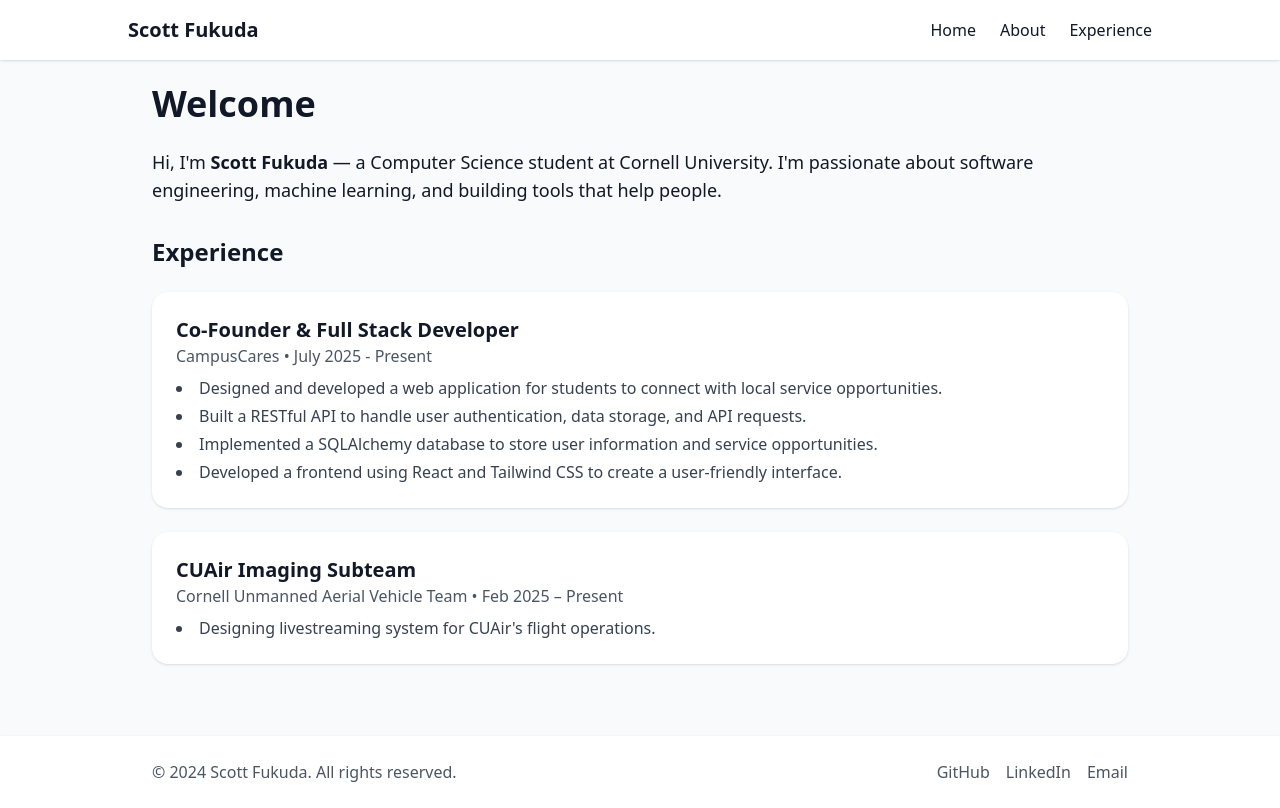
Repository: Scott-Fukuda/personalWebsite
Page: /
An editor plug-in stored every save of this project. The page is shown before and after the next save, followed by the edit.
The browser window is 1280 px wide. The pictures show the whole page.
The project was rebuilt for these pictures with package versions that can differ from the ones it lists, and the page was loaded fresh each time. Also part of the build but not shown: vite.config.js, src/pages/About.jsx.

Above is the page before, as saved 2025-08-27 17:17:30.

### index.html
<!doctype html>
<html lang="en">
  <head>
    <meta charset="UTF-8" />
    <link rel="icon" type="image/svg+xml" href="/vite.svg" />
    <meta name="viewport" content="width=device-width, initial-scale=1.0" />
    <title>Scott Fukuda - Personal Website</title>
  </head>
  <body>
    <div id="root"></div>
    <script type="module" src="/src/main.jsx"></script>
  </body>
</html>

### src/App.jsx
import { BrowserRouter as Router, Routes, Route } from "react-router-dom";
import Navbar from "./components/Navbar";
import Footer from "./components/Footer";
import Home from "./pages/Home";
import About from "./pages/About";

export default function App() {
  return (
    <Router>
      <div className="min-h-screen bg-gray-50 dark:bg-gray-900 text-gray-900 dark:text-gray-100">
        <Navbar />
        <Routes>
          <Route path="/" element={<Home />} />
          <Route path="/about" element={<About />} />
        </Routes>
        <Footer />
      </div>
    </Router>
  );
}

### src/index.css
@tailwind base;
@tailwind components;
@tailwind utilities;

/* Basic reset and global styles */
* {
  margin: 0;
  padding: 0;
  box-sizing: border-box;
}

body {
  font-family: system-ui, -apple-system, BlinkMacSystemFont, 'Segoe UI', Roboto, sans-serif;
  -webkit-font-smoothing: antialiased;
  -moz-osx-font-smoothing: grayscale;
}

### src/components/Navbar.jsx
import { Link } from "react-router-dom";

export default function Navbar() {
  return (
    <nav className="bg-white dark:bg-gray-800 shadow p-4 sticky top-0 z-50">
      <div className="max-w-5xl mx-auto flex justify-between items-center">
        <h1 className="text-xl font-bold">Scott Fukuda</h1>
        <div className="flex gap-6">
          <Link to="/" className="hover:text-blue-500">Home</Link>
          <Link to="/about" className="hover:text-blue-500">About</Link>
          <Link to="/experience" className="hover:text-blue-500">Experience</Link>
        </div>
      </div>
    </nav>
  );
}

### src/components/Footer.jsx
export default function Footer() {
  return (
    <footer className="bg-white dark:bg-gray-800 shadow mt-12">
      <div className="max-w-5xl mx-auto p-6">
        <div className="flex flex-col md:flex-row justify-between items-center">
          <div className="text-gray-600 dark:text-gray-300">
            © 2024 Scott Fukuda. All rights reserved.
          </div>
          <div className="flex gap-4 mt-4 md:mt-0">
            <a
              href="https://github.com/Scott-Fukuda"
              target="_blank"
              rel="noopener noreferrer"
              className="text-gray-600 dark:text-gray-300 hover:text-blue-500"
            >
              GitHub
            </a>
            <a
              href="https://linkedin.com/in/scott-fukuda-3923172ab/"
              target="_blank"
              rel="noopener noreferrer"
              className="text-gray-600 dark:text-gray-300 hover:text-blue-500"
            >
              LinkedIn
            </a>
            <a
              href="mailto:your.email@example.com"
              className="text-gray-600 dark:text-gray-300 hover:text-blue-500"
            >
              Email
            </a>
          </div>
        </div>
      </div>
    </footer>
  );
}

### src/pages/Home.jsx
import { experiences } from "../data/experiences";

export default function Home() {
  return (
    <div className="max-w-5xl mx-auto p-6">
      <h1 className="text-4xl font-bold mb-6">Welcome</h1>
      <p className="text-lg mb-8">
        Hi, I'm <span className="font-semibold">Scott Fukuda</span> — a Computer Science student at Cornell University.
        I'm passionate about software engineering, machine learning, and building tools that help people.
      </p>

      <h2 className="text-2xl font-semibold mb-6">Experience</h2>
      <div className="space-y-6">
        {experiences.map((exp, i) => (
          <div key={i} className="p-6 rounded-2xl shadow bg-white dark:bg-gray-800 hover:shadow-lg transition-shadow">
            <h3 className="text-xl font-semibold text-gray-900 dark:text-white">{exp.role}</h3>
            <p className="text-gray-600 dark:text-gray-300 mb-2">{exp.company} • {exp.duration}</p>
            <ul className="list-disc list-inside space-y-1 text-gray-700 dark:text-gray-300">
              {exp.description.map((line, j) => (
                <li key={j}>{line}</li>
              ))}
            </ul>
          </div>
        ))}
      </div>
    </div>
  );
}

### src/data/experiences.js
export const experiences = [
  {
    role: "Co-Founder & Full Stack Developer",
    company: "CampusCares",
    duration: "July 2025 - Present",
    description: [
      "Designed and developed a web application for students to connect with local service opportunities.",
      "Built a RESTful API to handle user authentication, data storage, and API requests.",
      "Implemented a SQLAlchemy database to store user information and service opportunities.",
      "Developed a frontend using React and Tailwind CSS to create a user-friendly interface.",
    ],
  },
  {
    role: "CUAir Imaging Subteam",
    company: "Cornell Unmanned Aerial Vehicle Team",
    duration: "Feb 2025 – Present",
    description: [
      "Designing livestreaming system for CUAir's flight operations.",
    ],
  },
];

Loaded but not shown: src/main.jsx (common file); tailwind.config.js (common file)

After the next save:
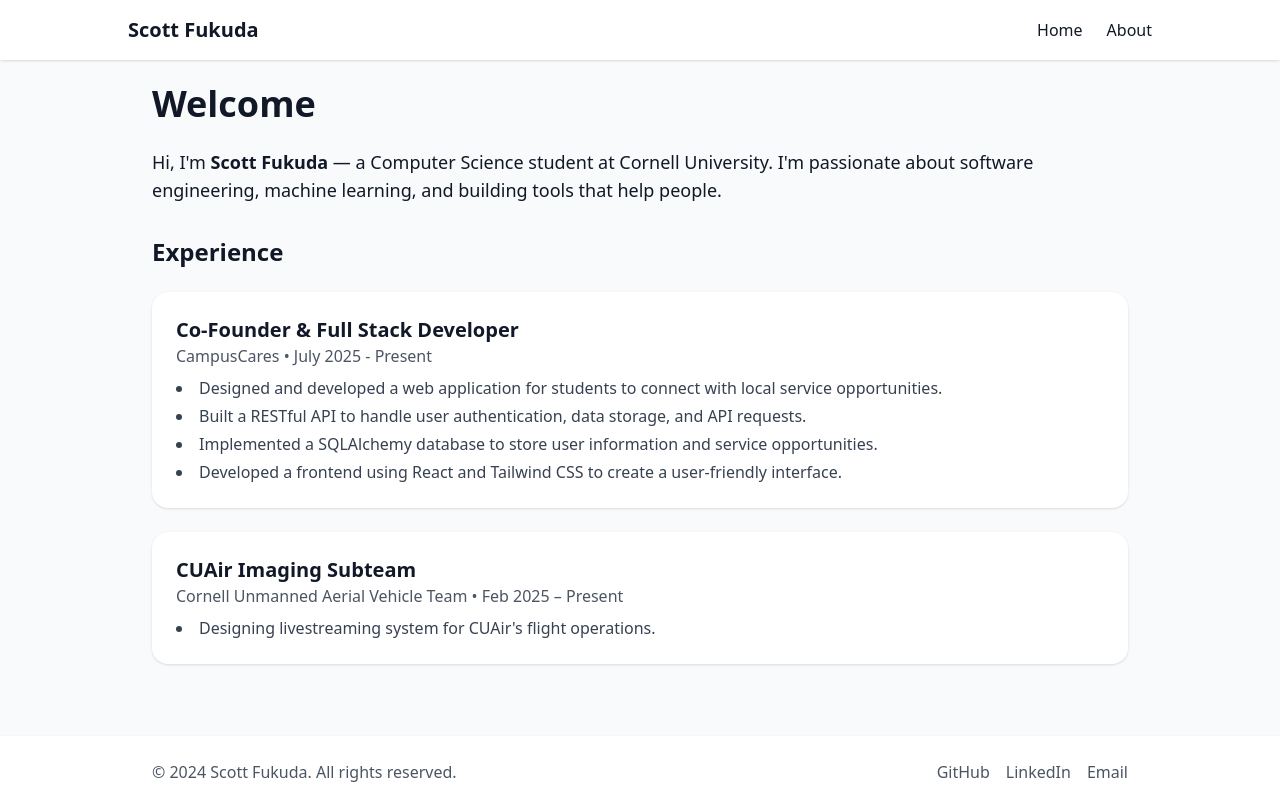
Saved 8 s later.
--- a/src/components/Navbar.jsx
+++ b/src/components/Navbar.jsx
@@ -8,7 +8,6 @@ export default function Navbar() {
         <div className="flex gap-6">
           <Link to="/" className="hover:text-blue-500">Home</Link>
           <Link to="/about" className="hover:text-blue-500">About</Link>
-          <Link to="/experience" className="hover:text-blue-500">Experience</Link>
         </div>
       </div>
     </nav>
